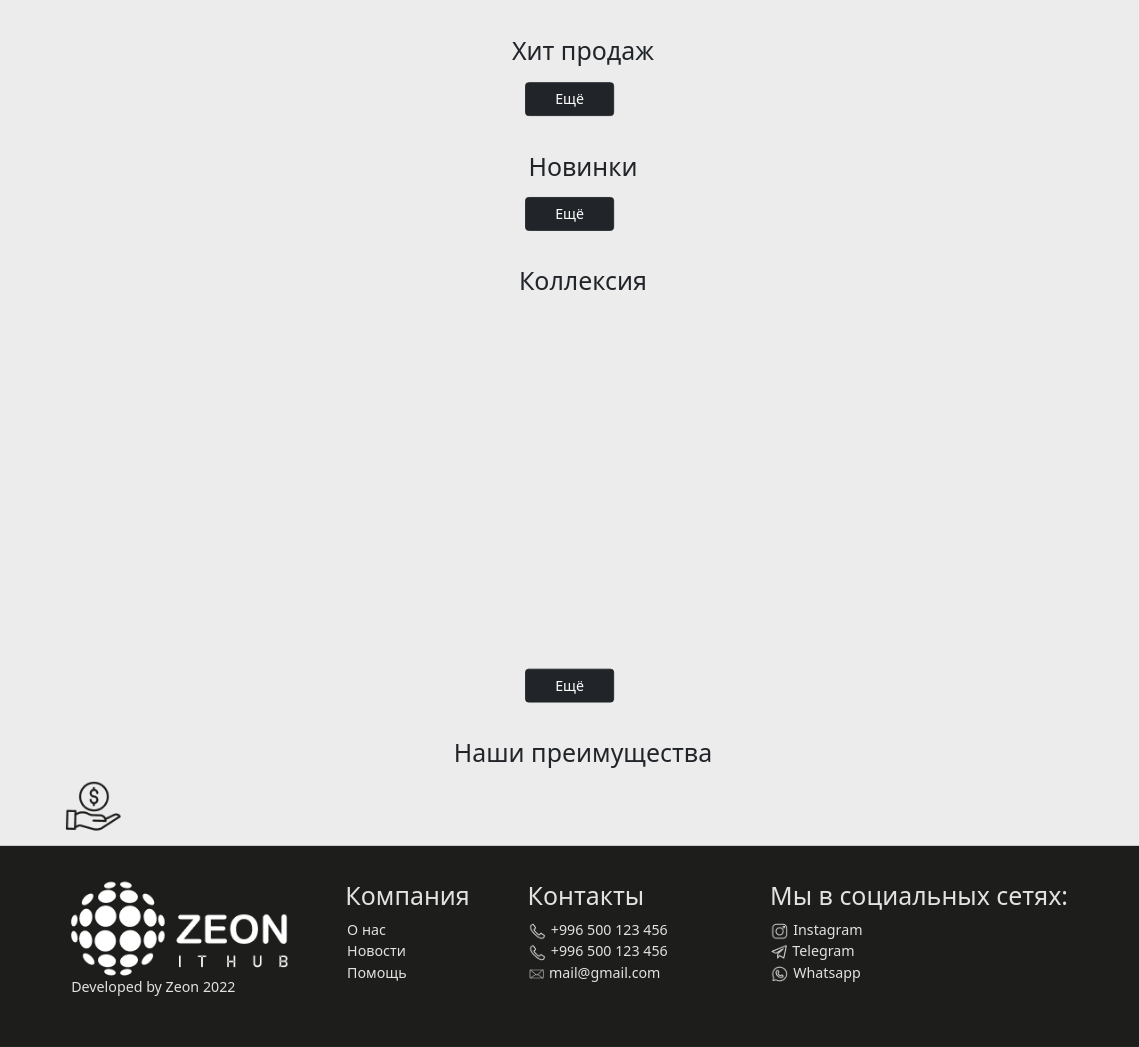
Repository: stamkulova-dinara/zein-internet-magazines
Page: /
These files come from the project's save history. The page is drawn as it stood at one moment and after the next save; the edit follows.
The browser window is 1280 px wide. The pictures show the part of the page from y = 997 to 2173 px (the page is 2173 px tall), at 89% of full size.
The page's requests for data from a server got no answer. The project was rebuilt for these pictures with package versions that can differ from the ones it lists, and the page was loaded fresh each time. No one was signed in, and anything a server would have sent is missing. Also part of the build but not shown: src/components/about/about.module.css, src/components/about/About.jsx, src/components/collections/collection.module.css, src/components/collections/Collections.jsx, src/components/news/News.jsx, src/components/collections/collec.module.css, src/components/collections/CollectionByTitle.jsx.

Above is the page before, as saved 2022-03-28 13:30:17.

After the next save:
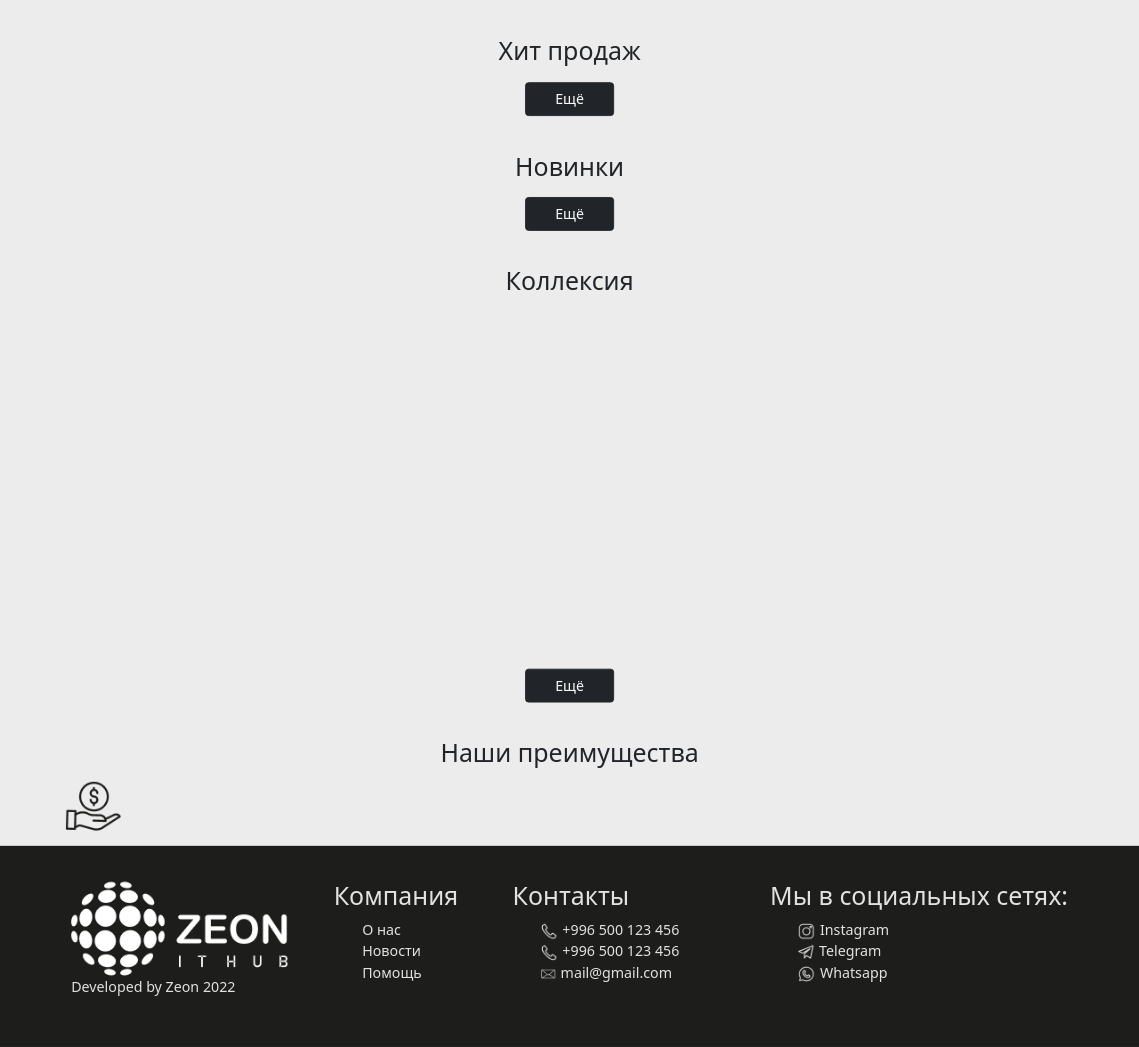
Saved 99 s later.
--- a/src/components/footer/footer.module.css
+++ b/src/components/footer/footer.module.css
@@ -9,7 +9,7 @@
     justify-content: space-between;
 }
 
-h3 {
+h4 {
     padding-left: 30px;
 }
 
